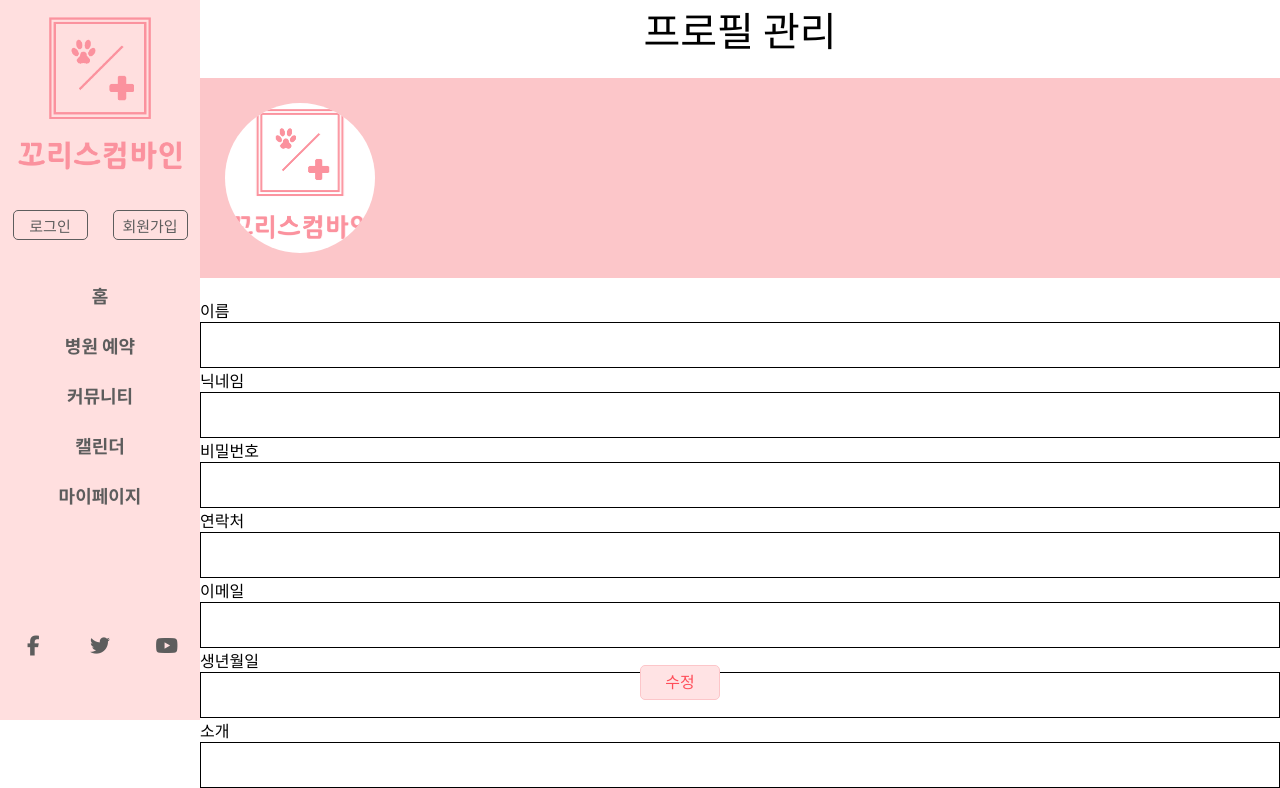
Repository: dodnam/kkoris
Page: http://localhost/1_kkoris/reservation2.jsp
The author's editor kept a copy of each file at every save. The page is drawn from the files as they stood at one save, then again after the next save.
The browser window is 1280 px wide. The pictures show the whole page.
Some web libraries are served in a nearby version. The page is served by Tomcat 9.

Above is the page before, as saved 2020-02-17 15:04:53.

### 1_kkoris/WebContent/reservation2.jsp
<%@ page language="java" contentType="text/html; charset=UTF-8"
    pageEncoding="UTF-8"%>
<!DOCTYPE html>
<html>
<head>
<meta charset="UTF-8">
<title>Insert title here</title>
<link rel="stylesheet" type="text/css" href="<%= request.getContextPath() %>/css/index.css"/>
<link rel="stylesheet" type="text/css" href="<%= request.getContextPath() %>/css/layout.css"/>
<style>
	.box_con{padding:25px; height:200px; background-color:#fcc6c9; left:30px;right:30px;}
	.box{width: 150px; height:150px; border-radius:70%; overflow:hidden; background-color:#fff;top:20px;text-align:center;}
	.profile{width: 100%; height:100%; object-fit:cover; display:block; margin:0px auto;}
	.userTitle{font-size:40px; text-align:center; top:30px;}
	.submit{line-height: 30px; text-align: center; background-color: #ffe3e4; color:#ff4e59;border: 1px solid #fcc6c9; border-radius: 5px; width: 80px; height: 35px;  position: fixed;left:50%;bottom:20px; outline:none;}

</style>
</head>
<body>
	<%@ include file="views/layout.jsp" %>
	<div class="container">
    	<div class="userTitle">
			프로필 관리
    	</div>

    	<div class="input-container">
    		<div class="box_con">
	    		<div class="box">
	    			<img class="profile" src="<%= request.getContextPath() %>/images/logo.png">
	    		</div>
    		</div>

				<div class="input-box">
					<p class="input-label">이름</p><input type="text">
	    			<p class="input-label">닉네임</p><input type="text">
	    			<p class="input-label">비밀번호</p><input type="password">
	    			<p class="input-label">연락처</p><input type="text">
	    			<p class="input-label">이메일</p><input type="email">
	    			<p class="input-label">생년월일</p><input type="text">
	    			<p class="input-label">소개</p><input type="text">
	    		</div>
    	</div>

    	<div class="">
    		<div class="submit">수정</div>
    	</div>
	</div>
</body>
</html>

### 1_kkoris/WebContent/views/layout.jsp
<%@ page language="java" contentType="text/html; charset=UTF-8"
    pageEncoding="UTF-8"%>
<!DOCTYPE html>
<html>
<head>
<meta charset="UTF-8">
<title>Insert title here</title>
<link href="https://fonts.googleapis.com/css?family=Noto+Sans+KR&display=swap" rel="stylesheet">
<script src="https://kit.fontawesome.com/18fd811fa1.js" crossorigin="anonymous"></script> <!-- sns아이콘 -->
<link rel="stylesheet" type="text/css" href="<%= request.getContextPath() %>/css/layout.css"/> <!-- 작성할 css를 연결 -->
</head>
<body>
	<header><!-- 헤더 -->
		<h1 class="logo"></h1>
		<nav>
      		<div class="login">
	        	<div><a href="#">로그인</a></div>
	        	<div><a href="#">회원가입</a></div>
	      	</div>
	      	<ul id="navigator">
	        	<li id="nav-home">
	         		<a href="#"><span>홈</span></a>
	         	</li>
	         	<li id="nav-hospital">
	         		<span>병원 예약</span>
         			<ul class="nav2-hospital" id="nav2-hospital">
         				<li><a href="#">병원 검색</a></li>
	         			<li><a href="#">예약 확인</a></li>
	         			<li><a href="#">병원 후기</a></li>
         			</ul>
	         	</li>
	         	<li id="nav-community">
	         		<span>커뮤니티</span>
         			<ul class="nav2-community" id="nav2-community">
	         			<li><a href="#">공지사항</a></li>
	         			<li><a href="#">후기 모아보기</a></li>
	         			<li><a href="#">지식 공유</a></li>
         			</ul>
	         	</li>
	         	<li id="nav-calendar">
	         		<a href="#"><span>캘린더</span></a>
	         	</li>
	         	<li id="nav-mypage">
	         		<span>마이페이지</span>
	         		<ul class="nav2-mypage" id="nav2-mypage">
		         		<li><a href="#">내 정보</a></li>
		         		<li><a href="#">예약 조회</a></li>
		         		<li><a href="#">포인트샵</a></li>
		         		<li><a href="#">내가 쓴 글 조회</a></li>
	         		</ul>
	         	</li>
	      	</ul>
		<dl>
	    	<dt class="blind">sns</dt>
	        <dd><a href="#"><i class="fab fa-facebook-f"></i></a></dd>
	        <dd><a href="#"><i class="fab fa-twitter"></i></a></dd>
	        <dd><a href="#"><i class="fab fa-youtube"></i></a></dd>
		</dl>
		</nav>
	</header>
	<footer></footer>
</body>
</html>

### 1_kkoris/WebContent/css/index.css
@charset "UTF-8";
/* 컨테이너 */
div.container{position: absolute; top:0; left:0; padding-left:200px; height:100%; width:100%; box-sizing:border-box;}
/* 섹션이 현재 1개이기 때문에 100% 2개면 200%, 3개면 300% */
/* 참고	section:nth-of-type(1) {section 중 첫번째 section에 접근} */
section.main {position:relative; height:100%; width:100%; background: url(../images/main-bg.jpg) no-repeat center center; background-size: contain;}
section.main > article.quickMenu > ul {position: absolute; top:calc(50% - 50px); left:calc(50% - 25%); width: 50%; height: 100px; display: flex;}
section.main > article.quickMenu {position: relative; width: 100%; height: 100%; background: rgba(0, 0, 0, 0.2);}
section.main > article.quickMenu > ul > li {width: 25%; height:100px;}
section.main > article.quickMenu > ul > li > a {color: #5d5d5d; display:block; font-size: 5em; text-align:center;}
section.main > article.quickMenu > ul > li > a > span {display: block; font-size: 15px;}
section.main > article.quickMenu > ul > li > a:hover {color: #fb929e;}

### 1_kkoris/WebContent/css/layout.css
@charset "UTF-8";
* {margin: 0; padding: 0; font-family: 'Noto Sans KR', sans-serif;}
*, *:before, *:after {box-sizing: border-box;}
html, body {width: 100%; height: 100%;}
table{border-collapse: collapse;}
img,fieldset{border: none;}
ol,ul{list-style: none;}
h1,h2,h3,h4,h5,h6{font-weight: normal; font-size: 100%;}
q:after,q:before{content: "";}
abbr,acronym{border:none;} /* 축약어 */
img,input,select{vertical-align: middle;}
hr{display: none;}
a {text-decoration: none; color: #000;}
header {position: fixed; width: 200px; height: 100%; background: #ffdfdf; z-index: 30;}
input{outline: none; background: none;}
.blind{position: absolute;left: 0;top: 0;width: 0;height: 0;font-size: 0;line-height: 0;text-indent: -9999px;overflow: hidden;visibility: hidden;}
.displaynone{display: none;}

/* input타입 1 (커서유입에 따른 스타일 변화)
	<div class="input-container"><label class="input-label">아이디</label><input type=""></div>
*/
div.input-container {position: relative; display: block; margin: 20px 0;}
div.input-container > input {width: 100%; height: 40px; line-height: 40px; font-size: 16px; border: none; border-bottom: 1px solid #5d5d5d;}
div.input-container.focus > input:focus {border-bottom: 1px solid #fb929e;}
label.input-label {position: absolute; font-size: 16px; transform: translateY(10px); color: #5d5d5d; transition: transform 0.2s ease; z-index: -1;}
div.input-container.focus > label.input-label {font-size: 12px; transform: translateY(-5px); text-transform: uppercase;}
div.input-container.focus.on > label.input-label {color: #fb929e;}

/* input타입 2 (박스형)
	<div class="input-box"><p class="input-label">라벨명</p><input type=""></div>
*/
div.input-box {position: relative; display: block; margin: 20px 0;}
div.input-box > input {width: 100%; padding: 10px; font-size: 16px; border: 1px solid #000;}
p.input-label {font-size: 16px; color: #000;}
p.input-info {font-size: 14px; color: #5d5d5d;}

/* input radio
	<input type="radio" name="test"><label class="radioLabel">라벨명1</label>
	<input type="radio" name="test"><label class="radioLabel">라벨명2</label>
*/
input[type=radio] {display: none;}
label.radioLabel {display: inline-block; position: relative; padding: 0 30px; cursor: pointer; line-height: 18px;}
label.radioLabel:before, label.radioLabel:after {position: absolute; border-radius: 50%; content: '';}
label.radioLabel:before {left: 0; top: 0; width: 18px; height: 18px; border: 2px solid #000;}
label.radioLabel:after {top: 5px; left: 5px; width: 8px; height: 8px; background: #fb929e; transform: scale(0);}
input[type="radio"]:checked + label.radioLabel:before {border-color: #fb929e; }
input[type="radio"]:checked + label.radioLabel:after {transform: scale(1);}

/* input submit
	<form>에서 submit되는 버튼을 위한 css (단, 검색 등의 다른 버튼은 blue베이스 스타일로 사용)
*/
div.input-submit {display: block; text-align: center; padding: 15px;}
input[type="submit"] {min-width: 50px; height: 30px; cursor: pointer; background: #ffdfdf; color: #5d5d5d; font-size: 14px; font-weight: 600; border: none; border-radius: 5px;}
input[type="submit"]:hover {background: #fb929e; color: #fff;}

/* select 옵션  */
div > select {font-size: 10pt; width: 100px; padding: .7em .5em; font-family: inherit; background: url(https://farm1.staticflickr.com/379/19928272501_4ef877c265_t.jpg) no-repeat 95% 50%; -webkit-appearance: none; -moz-appearance: none; appearance: none; outline:none; border:1px solid #5d5d5d;}

/* input 검색 (class="search_input") */
div > span > input.search_input{width: 250px;  padding: 12px 24px; font-size: 14px; line-height: 18px; color: #575756; background-size: 18px 18px; border-radius: 50px; border: 1px solid #5d5d5d; backface-visibility: hidden; right:20px; outline:none;}


/* 영역
	<div class="container">		// 아래css 외에 특정 스타일을 주어야할 때, 클래스를 추가로 부여하여 사용했음 (ex. class="container login")
		<div class="contents">
			구현 영역
		</div>
	</div>
*/
div.container {position: absolute; top:0; left:0; padding-left:200px; width: 100%; height: 100%; margin: 0 auto; box-sizing: border-box;}
div.contents {position:relative; margin: 0 auto;}
div.contents > h2 {font-weight: 700; font-size: 30px; color: #000; padding: 15px 0; text-align: center;}


/** 헤더 **/
h1.logo {
	text-indent: -9999px; overflow: hidden; width: 180px; height: 180px;
	margin: 10px auto; /* auto는 중앙에 놓음 */
	background: url(../images/logo.png) no-repeat; background-size: contain; /*contain = h1 사이즈에 맞춤*/
}
nav > div.login {display: flex; justify-content:space-around; font-size: 15px;}
				/*블락요소로 가로 정렬 함*/
nav > div.login > div {width: 75px; height: 30px;} /* 위 아래 마진, 좌 우 마진*/
nav > div.login > div > a {display: block; width: 100%; height: 100%; line-height: 30px; text-align: center; border: 1px solid #5d5d5d; border-radius: 5px;}
nav > div.login > div > a:hover {color: #fb929e; border: none; background: #fff6f6; font-weight: 600}

/* 메뉴 */
nav {margin-top: 20px;}
nav * {color: #5d5d5d;}
nav > ul {margin-top: 30px; text-align: center;}
nav > ul > li {width: 100%;}
nav > ul > li:hover {background: #fff6f6;}
nav > ul > li span {display:block; width: 100%; height: 100%; line-height: 50px; font-size: 18px; font-weight: 600; border-radius: 10px; cursor: pointer;}
nav > ul > li span:hover {color: #fb929e;}

nav > ul > li > ul[class^=nav2] {display: none;}
nav > ul > li > ul[class^=nav2] > li > a {display: block; line-height: 40px; font-size: 16px;}
nav > ul > li > ul[class^=nav2] > li > a:hover {color: #fb929e; font-weight: 600;}

nav > ul > li:hover > ul[class^=nav2] {display: block;}

/* sns */
nav > dl {position:absolute; bottom:50px; width:100%; height:50px; display:flex; justify-content:space-around;}
nav > dl > dd {width:50px; text-align:center;}
nav > dl > dd > a {display: block; width: 100%; height:100%; font-size:20px; line-height:50px; transition:all 0.2s ease 0s;}
nav > dl > dd > a:hover {font-size:25px;}

footer {position: fixed; bottom: 10px;}

After the next save:
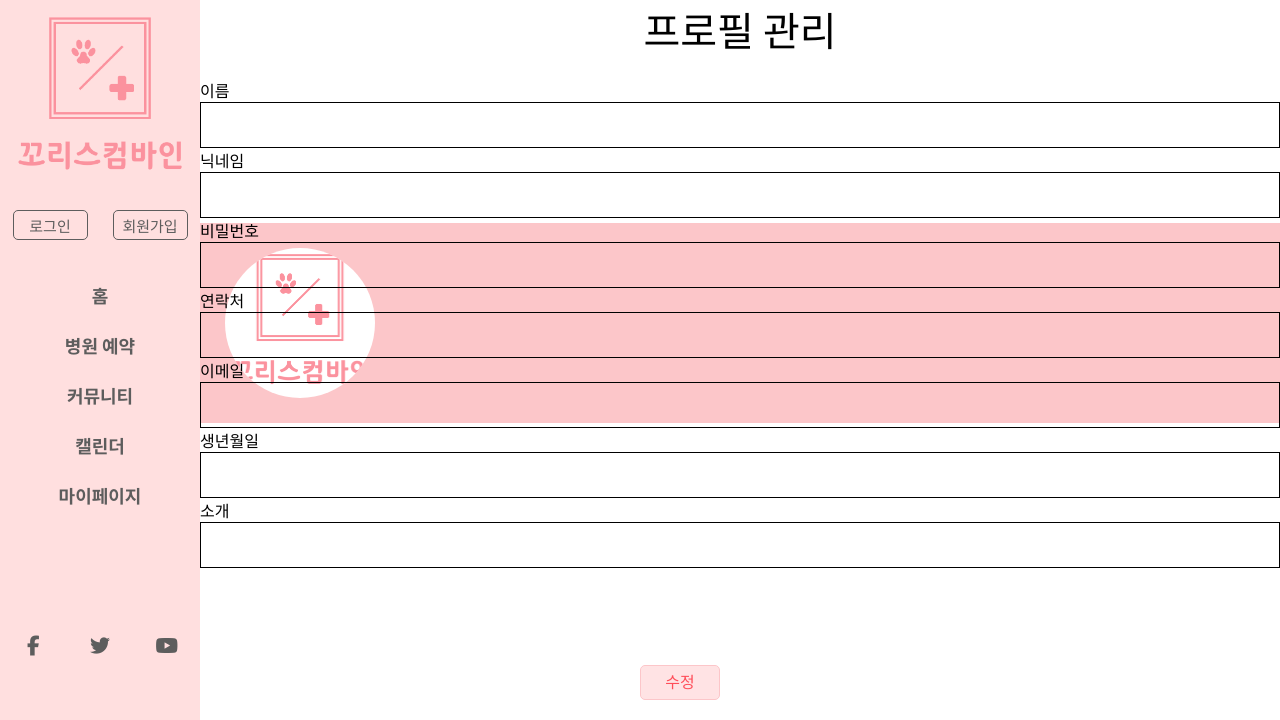
Saved 10 min 54 s later.
--- a/1_kkoris/WebContent/reservation2.jsp
+++ b/1_kkoris/WebContent/reservation2.jsp
@@ -8,7 +8,7 @@
 <link rel="stylesheet" type="text/css" href="<%= request.getContextPath() %>/css/index.css"/>
 <link rel="stylesheet" type="text/css" href="<%= request.getContextPath() %>/css/layout.css"/>
 <style>
-	.box_con{padding:25px; height:200px; background-color:#fcc6c9; left:30px;right:30px;}
+	.box_con{padding:25px; height:200px; background-color:#fcc6c9; position:absolute; right:0;left:0;top:0;bottom:0; margin:auto;}
 	.box{width: 150px; height:150px; border-radius:70%; overflow:hidden; background-color:#fff;top:20px;text-align:center;}
 	.profile{width: 100%; height:100%; object-fit:cover; display:block; margin:0px auto;}
 	.userTitle{font-size:40px; text-align:center; top:30px;}
